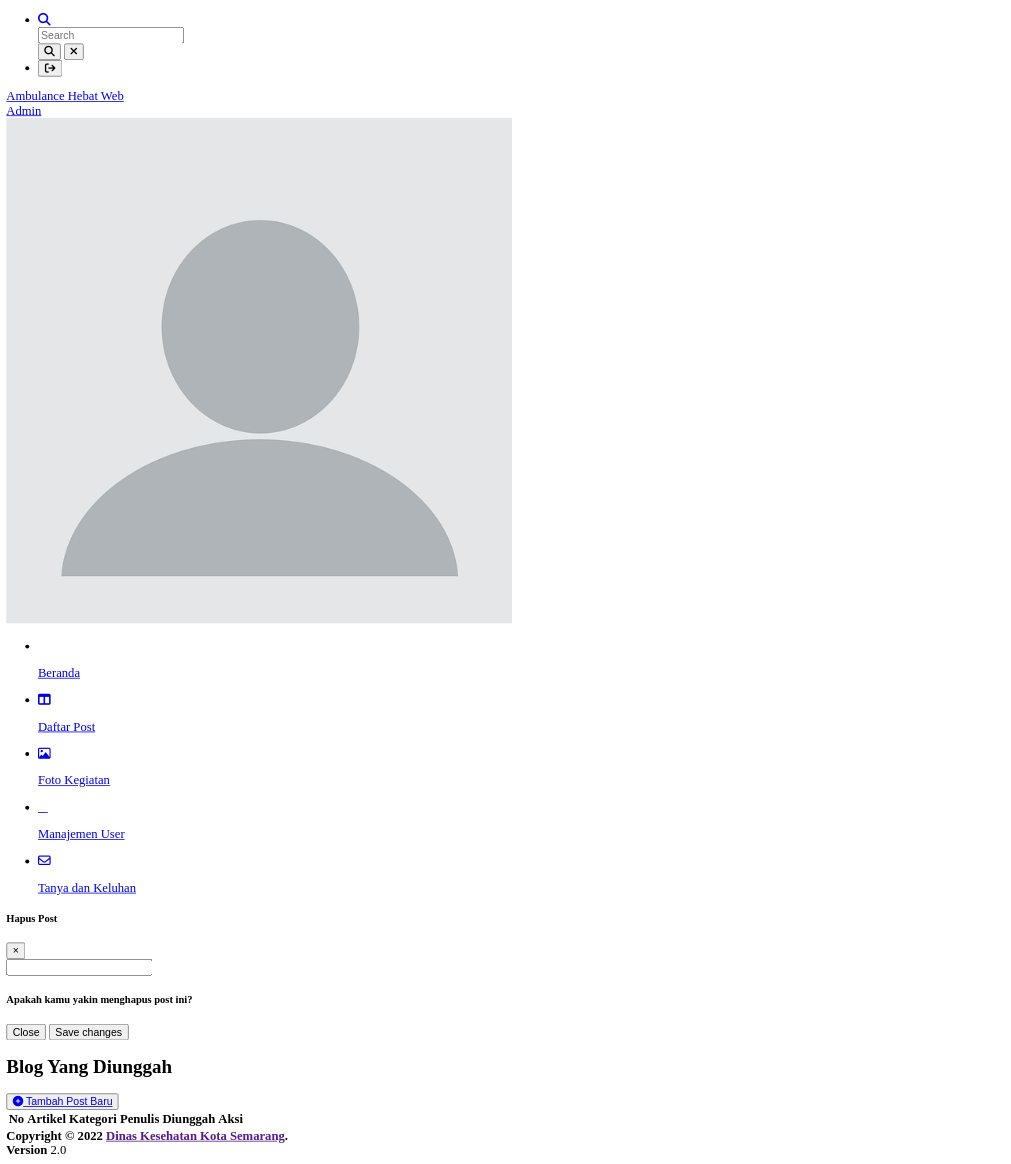
Repository: roningrum/admin-aha
Page: resources/views/dashboard/post/posts.blade.php
These files come from the project's save history. The page is drawn as it stood at one moment and after the next save; the edit follows.
The browser window is 1280 px wide. The pictures show the whole page, at 79% of full size.
Some icons come from a web library that is not loaded, so they are not drawn. Some web fonts or font styles are not loaded; a fallback is used. Some web libraries are served in a nearby version. The page is served by the project's Laravel application, run on PHP 8.4 with Laravel 8. Other server files are loaded and not shown. The template is opened directly, without the code that normally fills it, so the values that code supplies are empty.

Above is the page before, as saved 2022-11-23 14:31:44.
Console error: ReferenceError: $ is not defined

### routes/web.php
<?php

use App\Http\Controllers\DashboardPostController;
use Illuminate\Support\Facades\Route;
use SebastianBergmann\CodeCoverage\Report\Html\Dashboard;

/*
|--------------------------------------------------------------------------
| Web Routes
|--------------------------------------------------------------------------
|
| Here is where you can register web routes for your application. These
| routes are loaded by the RouteServiceProvider within a group which
| contains the "web" middleware group. Now create something great!
|
*/

Route::get('/','AuthController@dashboard')->middleware('cek_login');


//Route Login
Route::get('login','AuthController@index')->name('login');
Route::post('proses_login','AuthController@proses_login')->name('proses_login');
Route::get ('logout','AuthController@logout')->name('logout');

//Auth
//auth -> admin || editor

Route::group(['middleware'=>['auth']], function(){
    Route::group(['middleware'=>['cek_login:admin']], function(){
        Route::get('admin', 'AuthController@dashboard')->name('admin');

    });
    Route::group(['middleware'=>['cek_login:editor']], function(){
        Route::get('editor', 'AuthController@dashboard')->name('editor');
    });
});
Route::prefix('dashboard')->middleware(['auth'])->group(function(){
    Route::resource('posts', '\App\Http\Controllers\DashboardPostController');
    Route::resource('galeri', '\App\Http\Controllers\ImageGalleryController');

});

### resources/views/dashboard/post/posts.blade.php
@extends('dashboard.layouts.main-layout')
@section('content')

<div class="modal fade" id="deleteModal" tabindex="-1" role="dialog" aria-labelledby="exampleModalLabel" aria-hidden="true">
    <div class="modal-dialog" role="document">
      <div class="modal-content">
        <div class="modal-header">
          <h5 class="modal-title" id="exampleModalLabel">Hapus Post</h5>
          <button type="button" class="close" data-dismiss="modal" aria-label="Close">
            <span aria-hidden="true">&times;</span>
          </button>
        </div>
        <div class="modal-body">
            <input type="text" name="slug" id="slug">
          <h5>Apakah kamu yakin menghapus post ini?</h5>
        </div>
        <div class="modal-footer">
          <button type="button" class="btn btn-secondary" data-dismiss="modal">Close</button>
          <button type="button" class="btn btn-primary">Save changes</button>
        </div>
      </div>
    </div>
  </div>

{{-- <form action="/dashboard/posts/{{ $post->slug }}"method="post" class="d-inline">
    <div class="modal-body">
        @method('delete')
        @csrf
        <h5>Apakah yakin post {{ $post->title }} dihapus?</h5>
    </div>
    <div class="modal-footer">
        <button type="button" class="btn btn-secondary" data-dismiss="moda">Batalkan</button>
        <button class="btn btn-danger">Ya</button>
    </div>


</form> --}}
 {{-- <button class="btn btn-danger"onclick="return confirm('Yakin Ingin Menghapus?')"><i class="far fa-trash-alt"></i></button> --}}
    <div class="content-wrapper">
        <!-- Content Header (Page header) -->
        <section class="content-header">
            <div class="container-fluid">
                <div class="row">
                    <div class="col-lg-12">
                        <div class="card">
                            <div class="card-body">
                                <div class="row">
                                    <div class="col-sm-6">
                                        <h1 class="mb-3">Blog Yang Diunggah</h1>
                                        <button type="button" class="btn bg-primary my-3">
                                            <a href="/dashboard/posts/create">
                                                <i class="fa-solid fa-circle-plus"></i>
                                                Tambah Post Baru
                                            </a>
                                        </button>
                                    </div>
                                </div>

                                <table class="table table-bordered table-striped dataTable col-lg-10">
                                    <thead>
                                        <tr>
                                            <th style="width: 10px">No</th>
                                            <th>Artikel</th>
                                            <th>Kategori</th>
                                            <th>Penulis</th>
                                            <th>Diunggah</th>
                                            <th>Aksi</th>
                                        </tr>
                                    </thead>
                                    <tbody>
                                        @foreach ($posts as $post)
                                            <tr>
                                                <td>{{ $loop->iteration }}</td>
                                                <td>{{ $post->title }}</td>
                                                <td>{{ $post->category->name }}</td>
                                                <td>{{ $post->user->name }}</td>
                                                <td>{{\Carbon\Carbon::parse($post->published_at)->diffForHumans() }}</td>
                                                <td>
                                                    <button type="button" class="btn bg-info">
                                                        <a href="/dashboard/posts/{{ $post->slug }}">
                                                            <i class="fa-solid fa-eye"></i>
                                                        </a>
                                                    </button>
                                                    <a href="/dashboard/posts/{{ $post->slug }}/edit">
                                                        <button type="button" class="btn btn-warning"><i class="fas fa-edit"></i>
                                                        </button>
                                                    </a>

                                                    <button type="button" class="btn btn-danger deletePost" value="{{ $post->slug }}" data-toggle="modal" data-target="#deleteModal"><i class="far fa-trash-alt"></i></button>
                                                </td>
                                            </tr>
                                        @endforeach
                                    </tbody>
                                </table>
                            </div>
                        </div>
                    </div>
                </div>

            </div><!-- /.container-fluid -->
        </section>
    </div>
    <script>
        // $(document).ready(function() {
        //     $("#success-alert").hide();
        //     $("#success-alert").fadeTo(2000, 500).slideUp(500, function() {
        //             $("#success-alert").slideUp(500);
        //         });
        // });
        $(document).ready(function(){
        $('.deletePost').click(function(e){
            e.preventDefault();

            var slug = $(this).val();
            $('$slug').val
            $('#deleteModal').modal('show');
        });
    });
    </script>
@endsection

### resources/views/dashboard/layouts/main-layout.blade.php
<!DOCTYPE html>
<html lang="en">

<head>
    <meta charset="utf-8">
    <meta name="viewport" content="width=device-width, initial-scale=1">
    <meta name="csrf" content="{{ csrf_token() }}">
    <title>Beranda Admin</title>

    <!-- Google Font: Source Sans Pro -->
    <link href="https://fonts.googleapis.com/css2?family=Mulish:wght@300;400&display=swap" rel="stylesheet">
    <!-- Font Awesome -->
    <link rel="stylesheet" href="/plugins/fontawesome-free/css/all.min.css">
    <link rel="stylesheet" href=" https://site-assets.fontawesome.com/releases/v6.1.1/css/all.css">
    <!-- Ionicons -->
    <link rel="stylesheet" href="https://code.ionicframework.com/ionicons/2.0.1/css/ionicons.min.css">
    <!-- Tempusdominus Bootstrap 4 -->
    <link rel="stylesheet" href="/plugins/tempusdominus-bootstrap-4/css/tempusdominus-bootstrap-4.min.css">
    <!-- iCheck -->
    <link rel="stylesheet" href="/plugins/icheck-bootstrap/icheck-bootstrap.min.css">
    <!-- JQVMap -->
    <link rel="stylesheet" href="/plugins/jqvmap/jqvmap.min.css">
    <!-- Theme style -->
    <link rel="stylesheet" href="/css/adminlte.css">
    <link rel="stylesheet" href="/css/custom.css">
    <!-- overlayScrollbars -->
    <link rel="stylesheet" href="/plugins/overlayScrollbars/css/OverlayScrollbars.min.css">
    <!-- Daterange picker -->
    <link rel="stylesheet" href="/plugins/daterangepicker/daterangepicker.css">
    <!-- summernote -->
    <link rel="stylesheet" href="/plugins/summernote/summernote-bs4.min.css">
    {{-- trix --}}
    <link rel="stylesheet" type="text/css" href="/css/trix.css">
    {{-- toast --}}
    <link href="/css/toastr.css" rel="stylesheet">

    <style type="text/css" href="/css/custom.css"></style>
    <style>
        trix-toolbar [data-trix-button-group="file-tools"] {
            display: none;
        }
    </style>

</head>

<body class="hold-transition sidebar-mini layout-fixed">
    <div class="wrapper">


        {{-- @include('sweetalert::alert') --}}

        <!-- Navbar -->
        @include('dashboard.partials.navbar-main')
        <!-- /.navbar -->

        <!-- Main Sidebar Container -->
        @include('dashboard.partials.sidebar-menu')

        <!-- Content Wrapper. Contains page content -->
        @yield('content')

        <!-- /.content-wrapper -->
        @include('dashboard.partials.footer-main')

        <!-- Control Sidebar -->
        <aside class="control-sidebar control-sidebar-dark">
            <!-- Control sidebar content goes here -->
        </aside>
        <!-- /.control-sidebar -->
    </div>
    <!-- ./wrapper -->

    <!-- jQuery -->
    <script src='/plugins/jquery/jquery.min.js'></script>
    <!-- jQuery UI 1.11.4 -->
    <script src='/plugins/jquery-ui/jquery-ui.min.js'></script>
    <!-- Resolve conflict in jQuery UI tooltip with Bootstrap tooltip -->
    <script>
        $.widget.bridge('uibutton', $.ui.button)
    </script>
    <!-- Bootstrap 4 -->
    <script src='/plugins/bootstrap/js/bootstrap.bundle.min.js'></script>
    <!-- Sparkline -->
    <script src='/plugins/sparklines/sparkline.js'></script>
    <!-- jQuery Knob Chart -->
    <script src='/plugins/jquery-knob/jquery.knob.min.js'></script>
    <!-- daterangepicker -->
    <script src='/plugins/moment/moment.min.js'></script>
    <script src='/plugins/daterangepicker/daterangepicker.js'></script>
    <!-- Tempusdominus Bootstrap 4 -->
    <script src='/plugins/tempusdominus-bootstrap-4/js/tempusdominus-bootstrap-4.min.js'></script>
    <!-- Summernote -->
    <script src='/plugins/summernote/summernote-bs4.min.js'></script>
    <!-- overlayScrollbars -->
    <script src='/plugins/overlayScrollbars/js/jquery.overlayScrollbars.min.js'></script>
    <!-- AdminLTE App -->
    <script src='/js/adminlte.js'></script>
    <script type="text/javascript" src='/js/trix.js'></script>
    <script src='/js/toastr.js'></script>
    {{-- Page specific script --}}
    <script>
        $(function() {
            // Summernote
            $('#summernote').summernote()
        })
    </script>
</body>

</html>

### resources/views/dashboard/partials/navbar-main.blade.php
<nav class="main-header navbar navbar-expand navbar-white navbar-light">

    <!-- Right navbar links -->
    <ul class="navbar-nav ml-auto">
      <!-- Navbar Search -->
      <li class="nav-item">
        <a class="nav-link" data-widget="navbar-search" href="#" role="button">
          <i class="fas fa-search"></i>
        </a>
        <div class="navbar-search-block">
          <form class="form-inline">
            <div class="input-group input-group-sm">
              <input class="form-control form-control-navbar" type="search" placeholder="Search" aria-label="Search">
              <div class="input-group-append">
                <button class="btn btn-navbar" type="submit">
                  <i class="fas fa-search"></i>
                </button>
                <button class="btn btn-navbar" type="button" data-widget="navbar-search">
                  <i class="fas fa-times"></i>
                </button>
              </div>
            </div>
          </form>
        </div>
      </li>
      <li class="nav-item">
        <form action="{{ url('logout') }}">
          @csrf
          <button type="submit" class="btn btn-primary">
            <i class="fa-solid fa-arrow-right-from-bracket"></i>
          </button>
        </form>
      </li>
    </ul>
  </nav>

### resources/views/dashboard/partials/sidebar-menu.blade.php
<aside class="main-sidebar sidebar-dark-primary">
    <!-- Brand Logo -->
    <a href="/dashboard" class="brand-link">
       <span class="brand-text font-weight-light">Ambulance Hebat Web<br>Admin</span>
    </a>

    <!-- Sidebar -->
    <div class="sidebar">
      <!-- Sidebar user panel (optional) -->
      <div class="user-panel mt-3 pb-3 mb-3 d-flex">
        <div class="image">
          <img src="{{ asset('img/user.png') }}" class="img-circle elevation-2" alt="User Image">
        </div>
        <div class="info">
          @auth
          <a href="#" class="d-block">Halo, {{ auth()->user()->name }}</a>
          @endauth
        </div>
      </div>

      <!-- Sidebar Menu -->
      <nav class="mt-2">
        <ul class="nav nav-pills nav-sidebar flex-column" role="menu" data-accordion="false">
          <!-- Add icons to the links using the .nav-icon class
               with font-awesome or any other icon font library -->
          <li class="nav-item menu-open">
            <a href="/" class="nav-link {{ Request::is('/') ? 'active':'' }}">
              <i class="nav-icon fa fa-duotone fa-house-blank"></i>
              <p>Beranda</p>
              {{-- <p>
                Beranda
              </p> --}}
            </a>
          </li>
          {{-- <li class="nav-item">
            <a href="/dashboard/posts/create" class="nav-link {{ Request::is('dashboard/posts/create') ? 'active':'' }}">
              <i class="nav-icon fas fa-edit"></i>
              <p>
                Buat Post
              </p>
            </a>
          </li> --}}
          <li class="nav-item">
            <a href="{{ route('posts.index') }}" class="nav-link {{ (request()->is('dashboard/posts/*')) ? 'active':'' }}">
              <i class="nav-icon fas fa-columns"></i>
              <p>
                Daftar Post
              </p>
            </a>
          </li>
          <li class="nav-item">
            <a href="{{ route('galeri.index') }}" class="nav-link {{ Request::is('dashboard/galeri/*') ? 'active':'' }}">
              <i class="nav-icon far fa-image"></i>
              <p>
                Foto Kegiatan
              </p>
            </a>
          </li>

          <li class="nav-item">
            <a href="#" class="nav-link">
              <i class="fa-duotone fa-users"></i>
              <p>
                Manajemen User
              </p>
            </a>
          </li>

          <li class="nav-item">
            <a href="/daftar-feedback" class="nav-link {{ Request::is('daftar-feedback') ? 'active':'' }}">
              <i class="nav-icon far fa-envelope"></i>
              <p>
                Tanya dan Keluhan
              </p>
            </a>
          </li>
        </ul>
      </nav>
      <!-- /.sidebar-menu -->
    </div>
    <!-- /.sidebar -->
  </aside>

### resources/views/dashboard/partials/footer-main.blade.php
<footer class="main-footer">
    <strong>Copyright &copy; 2022 <a href="">Dinas Kesehatan Kota Semarang</a>.</strong>
    <div class="float-right d-none d-sm-inline-block">
      <b>Version</b> 2.0
    </div>
  </footer>

### public/css/custom.css
trix-toolbar [data-trix-button-group="file-tools"]{
    display: none;
}

### public/css/toastr.css
.toast-title {
  font-weight: bold;
}
.toast-message {
  -ms-word-wrap: break-word;
  word-wrap: break-word;
}
.toast-message a,
.toast-message label {
  color: #FFFFFF;
}
.toast-message a:hover {
  color: #CCCCCC;
  text-decoration: none;
}
.toast-close-button {
  position: relative;
  right: -0.3em;
  top: -0.3em;
  float: right;
  font-size: 20px;
  font-weight: bold;
  color: #FFFFFF;
  -webkit-text-shadow: 0 1px 0 #ffffff;
  text-shadow: 0 1px 0 #ffffff;
  opacity: 0.8;
  -ms-filter: progid:DXImageTransform.Microsoft.Alpha(Opacity=80);
  filter: alpha(opacity=80);
  line-height: 1;
}
.toast-close-button:hover,
.toast-close-button:focus {
  color: #000000;
  text-decoration: none;
  cursor: pointer;
  opacity: 0.4;
  -ms-filter: progid:DXImageTransform.Microsoft.Alpha(Opacity=40);
  filter: alpha(opacity=40);
}
.rtl .toast-close-button {
  left: -0.3em;
  float: left;
  right: 0.3em;
}
/*Additional properties for button version
 iOS requires the button element instead of an anchor tag.
 If you want the anchor version, it requires `href="#"`.*/
button.toast-close-button {
  padding: 0;
  cursor: pointer;
  background: transparent;
  border: 0;
  -webkit-appearance: none;
}
.toast-top-center {
  top: 0;
  right: 0;
  width: 100%;
}
.toast-bottom-center {
  bottom: 0;
  right: 0;
  width: 100%;
}
.toast-top-full-width {
  top: 0;
  right: 0;
  width: 100%;
}
.toast-bottom-full-width {
  bottom: 0;
  right: 0;
  width: 100%;
}
.toast-top-left {
  top: 12px;
  left: 12px;
}
.toast-top-right {
  top: 12px;
  right: 12px;
}
.toast-bottom-right {
  right: 12px;
  bottom: 12px;
}
.toast-bottom-left {
  bottom: 12px;
  left: 12px;
}
#toast-container {
  position: fixed;
  z-index: 999999;
  pointer-events: none;
  /*overrides*/
}
#toast-container * {
  -moz-box-sizing: border-box;
  -webkit-box-sizing: border-box;
  box-sizing: border-box;
}
#toast-container > div {
  position: relative;
  pointer-events: auto;
  overflow: hidden;
  margin: 0 0 6px;
  padding: 15px 15px 15px 50px;
  width: 300px;
  -moz-border-radius: 3px 3px 3px 3px;
  -webkit-border-radius: 3px 3px 3px 3px;
  border-radius: 3px 3px 3px 3px;
  background-position: 15px center;
  background-repeat: no-repeat;
  -moz-box-shadow: 0 0 12px #999999;
  -webkit-box-shadow: 0 0 12px #999999;
  box-shadow: 0 0 12px #999999;
  color: #FFFFFF;
  opacity: 0.8;
  -ms-filter: progid:DXImageTransform.Microsoft.Alpha(Opacity=80);
  filter: alpha(opacity=80);
}
#toast-container > div.rtl {
  direction: rtl;
  padding: 15px 50px 15px 15px;
  background-position: right 15px center;
}
#toast-container > div:hover {
  -moz-box-shadow: 0 0 12px #000000;
  -webkit-box-shadow: 0 0 12px #000000;
  box-shadow: 0 0 12px #000000;
  opacity: 1;
  -ms-filter: progid:DXImageTransform.Microsoft.Alpha(Opacity=100);
  filter: alpha(opacity=100);
  cursor: pointer;
}
#toast-container > .toast-info {
  background-image: url("data:[embedded picture, 742 characters]") !important;
}
#toast-container > .toast-error {
  background-image: url("data:[embedded picture, 782 characters]") !important;
}
#toast-container > .toast-success {
  background-image: url("data:[embedded picture, 482 characters]") !important;
}
#toast-container > .toast-warning {
  background-image: url("data:[embedded picture, 710 characters]") !important;
}
#toast-container.toast-top-center > div,
#toast-container.toast-bottom-center > div {
  width: 300px;
  margin-left: auto;
  margin-right: auto;
}
#toast-container.toast-top-full-width > div,
#toast-container.toast-bottom-full-width > div {
  width: 96%;
  margin-left: auto;
  margin-right: auto;
}
.toast {
  background-color: #030303;
}
.toast-success {
  background-color: #51A351;
}
.toast-error {
  background-color: #BD362F;
}
.toast-info {
  background-color: #2F96B4;
}
.toast-warning {
  background-color: #F89406;
}
.toast-progress {
  position: absolute;
  left: 0;
  bottom: 0;
  height: 4px;
  background-color: #000000;
  opacity: 0.4;
  -ms-filter: progid:DXImageTransform.Microsoft.Alpha(Opacity=40);
  filter: alpha(opacity=40);
}
/*Responsive Design*/
@media all and (max-width: 240px) {
  #toast-container > div {
    padding: 8px 8px 8px 50px;
    width: 11em;
  }
  #toast-container > div.rtl {
    padding: 8px 50px 8px 8px;
  }
  #toast-container .toast-close-button {
    right: -0.2em;
    top: -0.2em;
  }
  #toast-container .rtl .toast-close-button {
    left: -0.2em;
    right: 0.2em;
  }
}
@media all and (min-width: 241px) and (max-width: 480px) {
  #toast-container > div {
    padding: 8px 8px 8px 50px;
    width: 18em;
  }
  #toast-container > div.rtl {
    padding: 8px 50px 8px 8px;
  }
  #toast-container .toast-close-button {
    right: -0.2em;
    top: -0.2em;
  }
  #toast-container .rtl .toast-close-button {
    left: -0.2em;
    right: 0.2em;
  }
}
@media all and (min-width: 481px) and (max-width: 768px) {
  #toast-container > div {
    padding: 15px 15px 15px 50px;
    width: 25em;
  }
  #toast-container > div.rtl {
    padding: 15px 50px 15px 15px;
  }
}

Loaded but not shown: public/js/adminlte.js (3069 lines, source omitted); public/js/toastr.js (476 lines, source omitted); public/css/trix.css (562 lines, source omitted)

After the next save:
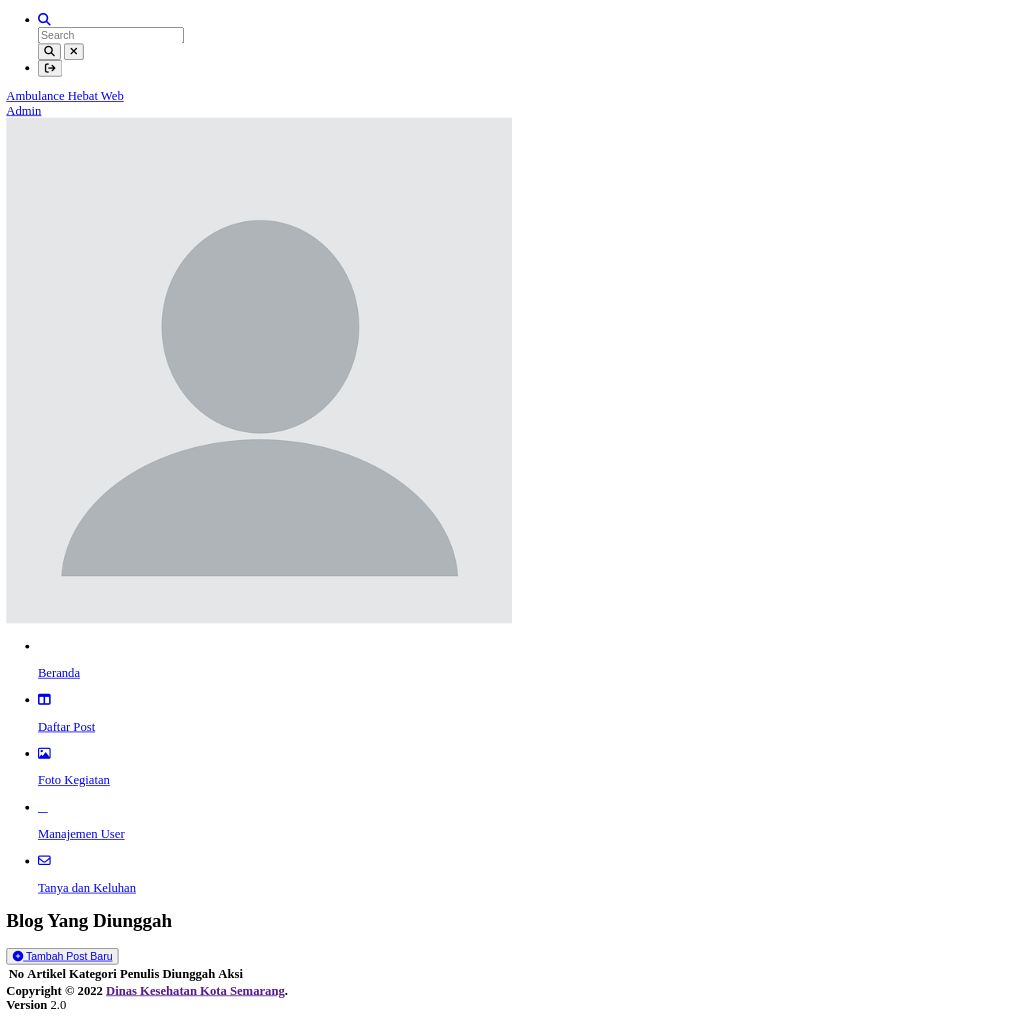
Saved 5 min 44 s later.
--- a/resources/views/dashboard/post/posts.blade.php
+++ b/resources/views/dashboard/post/posts.blade.php
@@ -1,26 +1,27 @@
 @extends('dashboard.layouts.main-layout')
 @section('content')
 
-<div class="modal fade" id="deleteModal" tabindex="-1" role="dialog" aria-labelledby="exampleModalLabel" aria-hidden="true">
-    <div class="modal-dialog" role="document">
-      <div class="modal-content">
-        <div class="modal-header">
-          <h5 class="modal-title" id="exampleModalLabel">Hapus Post</h5>
-          <button type="button" class="close" data-dismiss="modal" aria-label="Close">
-            <span aria-hidden="true">&times;</span>
-          </button>
-        </div>
-        <div class="modal-body">
-            <input type="text" name="slug" id="slug">
-          <h5>Apakah kamu yakin menghapus post ini?</h5>
-        </div>
-        <div class="modal-footer">
-          <button type="button" class="btn btn-secondary" data-dismiss="modal">Close</button>
-          <button type="button" class="btn btn-primary">Save changes</button>
-        </div>
-      </div>
+<div class="modal fade" id="modal-default" style="display: none;" aria-hidden="true">
+    <div class="modal-dialog">
+    <div class="modal-content">
+    <div class="modal-header">
+    <h4 class="modal-title">Default Modal</h4>
+    <button type="button" class="close" data-dismiss="modal" aria-label="Close">
+    <span aria-hidden="true">×</span>
+    </button>
     </div>
-  </div>
+    <div class="modal-body">
+    <p>One fine body…</p>
+    </div>
+    <div class="modal-footer justify-content-between">
+    <button type="button" class="btn btn-default" data-dismiss="modal">Close</button>
+    <button type="button" class="btn btn-primary">Save changes</button>
+    </div>
+    </div>
+
+    </div>
+
+    </div>
 
 {{-- <form action="/dashboard/posts/{{ $post->slug }}"method="post" class="d-inline">
     <div class="modal-body">
